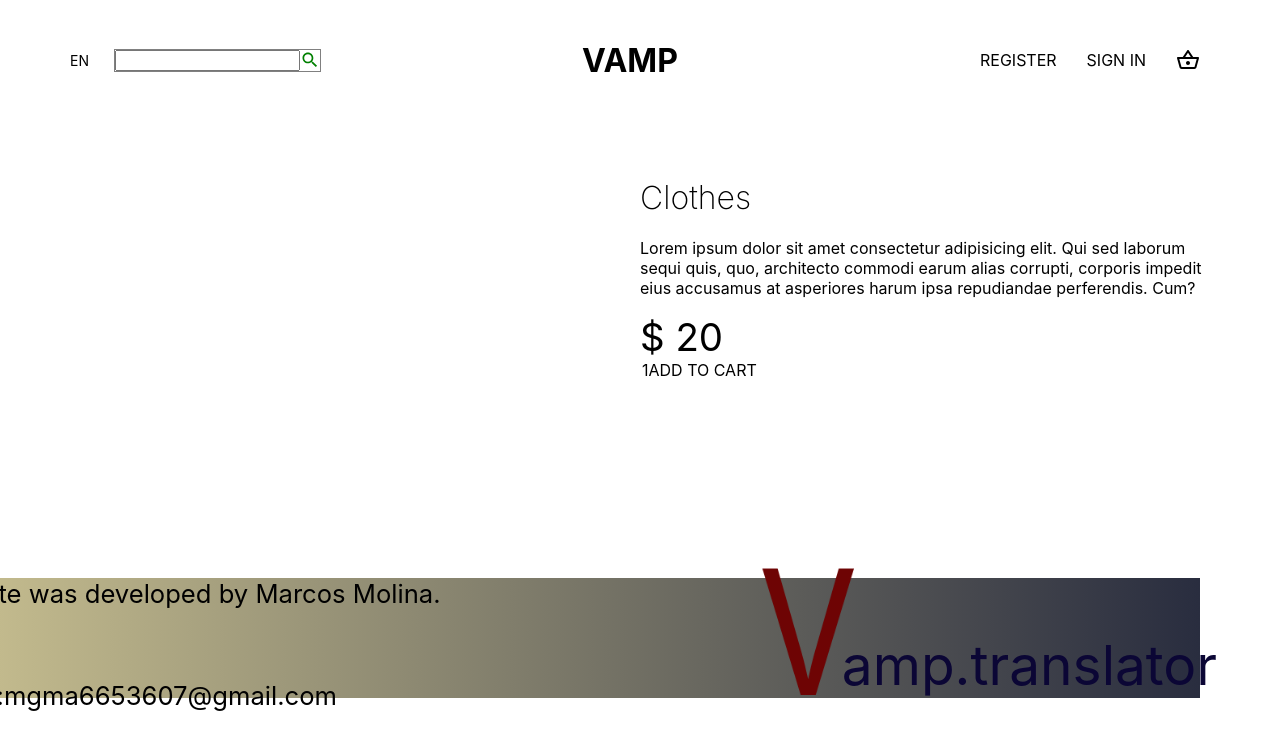
Repository: mgma2005/ecoeli
Page: /
An editor plug-in stored every save of this project. The page is shown before and after the next save, followed by the edit.
The browser window is 1280 px wide. The pictures show the part of the page from y = 173 to 926 px (the page is 926 px tall before and 903 px after).
The project was rebuilt for these pictures with package versions that can differ from the ones it lists, and the page was loaded fresh each time. Also part of the build but not shown: src/App.css.

Above is the page before, as saved 2022-05-14 17:34:31.

### src/App.js

import './App.css';
//import Home from './pages/Home';
import React from 'react';
//import ProductList from './pages/ProductList';
import Product from './pages/Product';


function App() {
  return <Product />
}

export default App;

### src/pages/Product.jsx
import { Add } from "@material-ui/icons";
import { Remove } from "@material-ui/icons";
import styled from "styled-components";
//import Product from '../pages/Product';
import Announcement from "../Components/Announcement";
import Navbar from '../pages/Navbar';
import Footer from '../Components/Footer';




const Container = styled.div`
  padding: 50px;

`;

const Wrapper = styled.div`
  display: flex;
`;

const ImgContainer = styled.div`
  flex: 1;
`;

const Image = styled.div`
  width: 100%;
  height: 90vh;
  object-fit: cover;
`;

const InfoContainer = styled.div`
  flex: 1;
  padding: 0px 50 px;
`;

const Title = styled.h1`
  font-weight: 200;
  margin-top: 20%;
`;

const Desc = styled.p``;

const Price = styled.span`
  font-size: 3vw;
`;

const AddContainer = styled.option`
  display: flex;
  align-items: center;
  width: 50%;
  justify-content: space-between;
`;
const AmountContainer = styled.div`
  display: flex;
  align-items: center;
  font-weight: 700;
`;
const Amount = styled.span``;

const Button = styled.button``;





const Product = ({ item }) => {
  return (
    <Container>
        <Announcement/>
        <Navbar/>
        <Wrapper>
        <ImgContainer>
        <Image src="https://www.tactimex.com/wp-content/uploads/2018/11/Googles1.jpg"/>
        </ImgContainer>
        <InfoContainer>
          <Title>Clothes</Title>
          <Desc>Lorem ipsum dolor sit amet consectetur adipisicing elit. Qui sed laborum sequi quis, quo, architecto commodi earum alias corrupti, corporis impedit eius accusamus at asperiores harum ipsa repudiandae perferendis. Cum? </Desc>
          <Price>$ 20</Price>
          <AddContainer>

            <AmountContainer>
              <Remove/>
              <Amount>1</Amount>
              <Add/>
            </AmountContainer>
            <Button>ADD TO CART</Button>
          </AddContainer>
        </InfoContainer>
      </Wrapper>
      <Footer />
    </Container>
  );
};

export default Product;

### src/Components/Announcement.jsx
import styled from "styled-components";
import React from "react";

const Text = styled.div`
  font-size: 5vw;
  text-align: center;
  background-image: url("https://img.freepik.com/foto-gratis/bandera-argentina-sobre-fondo-blanco_532129-292.jpg?w=900");
  background-size: 20vw;
  background-repeat: no-repeat;
  background-position: center;



`

const P = styled.div`
  font-size: 3vw;
`


const Announcement = () => {
  return (
    <Text>
          Wellcome to Miss Argentina...
        <P>
          the most beautifull footwear ever!
        </P>
    </Text>
  )
}

export default Announcement

### src/pages/Navbar.jsx
import React from 'react';
import styled from 'styled-components';
import { Search, ShoppingBasketOutlined } from "@material-ui/icons";
import { Badge } from '@material-ui/core';



const Container = styled.div`
height: 60px;

`

const Wrapper = styled.div`
padding: 10px 20px;
display: flex;
align-items: center;
justify-content: space-between;

`

const Left = styled.div`
flex: 1;
display: flex;
align-items: center;
`

const Language = styled.span`
    font-size: 14px;
    cursor: pointer;
`

const SearchContainer = styled.div`
    border: 1px solid gray;
    display: flex;
    align-items: center;
    margin-left: 25px;
`

const Input = styled.input`
    border= none;
`
const Logo = styled.h1`
    font-weight: bold;
`


const Center = styled.div`
flex: 1;
text-align: center;
`
const Right = styled.div`
flex: 1;
display: flex;
align-items: center;
justify-content: flex-end;
`

const MenuItem = styled.div`
    font-size= 14px;
    cursor: pointer;
`

function Navbar() {
    return (
        <Container>
            <Wrapper>
            <Left>
               <Language>EN</Language>
               <SearchContainer>
                   <Input/>
                   <Search style={{color:"green", fontSize: 20}}/>
               </SearchContainer>
            </Left>
            <Center><Logo>VAMP</Logo></Center>
            <Right style={{padding: 5, margin: 5}}>
                <MenuItem>REGISTER</MenuItem>
                <MenuItem style={{padding: 30}}>SIGN IN</MenuItem>
                <MenuItem>
                <Badge badgecontent={4} color="primary">
                    <ShoppingBasketOutlined/>
                </Badge>
                </MenuItem>

            </Right>
            </Wrapper>
        </Container>
    );
}

export default Navbar;

### src/Components/Footer.jsx
import React from 'react';
import '../style.css';

  function Footer() {
	return (
		<div className="row">
			<div className="cont2">
				<div className="thissite">This site was developed by Marcos Molina.</div>
				<div className="email">E-mail:mgma6653607@gmail.com</div>
				<div className="col-6">
					<div className="V">V</div>
					<div className="ampi">amp.translator</div>
				</div>
			</div>
		</div>
	);
}

export default Footer;

### src/style.css
.cont2{
    margin: -11%;
    width: 100vw;
    height: auto;
    background: linear-gradient(to right, rgb(204, 195, 146),rgb(41, 45, 63));

}

.thissite{
    font-size: 2vw;
    width: 70vw;

    margin-top: -6%;

}

.email{
    font-size: 2vw;
    align-content: center;
    margin-top: 5.5%;

}

.V{

        color: rgb(110, 4, 4);
        font-family: Courier;
        font-size: 15vw;
        margin-left: 64%;
        margin-top: -13.7%;



        animation-name: vamp;
        animation-timing-function: linear;
        animation-duration: 4s;
        -webkit-transform-origin-x: 5vw;
        animation-iteration-count: infinite;
    }
    @keyframes vamp{
        from{transform: rotateY(0deg);}
        to{transform: rotateY(360deg);}
    }


.ampi{
    font-size: 4.3vw;
    margin-left: 72%;
    margin-top: -9.5%;
    color: rgb(11, 6, 53);



}

Loaded but not shown: public/index.html (common file); src/index.js (common file); src/index.css (common file); src/reportWebVitals.js (common file)

After the next save:
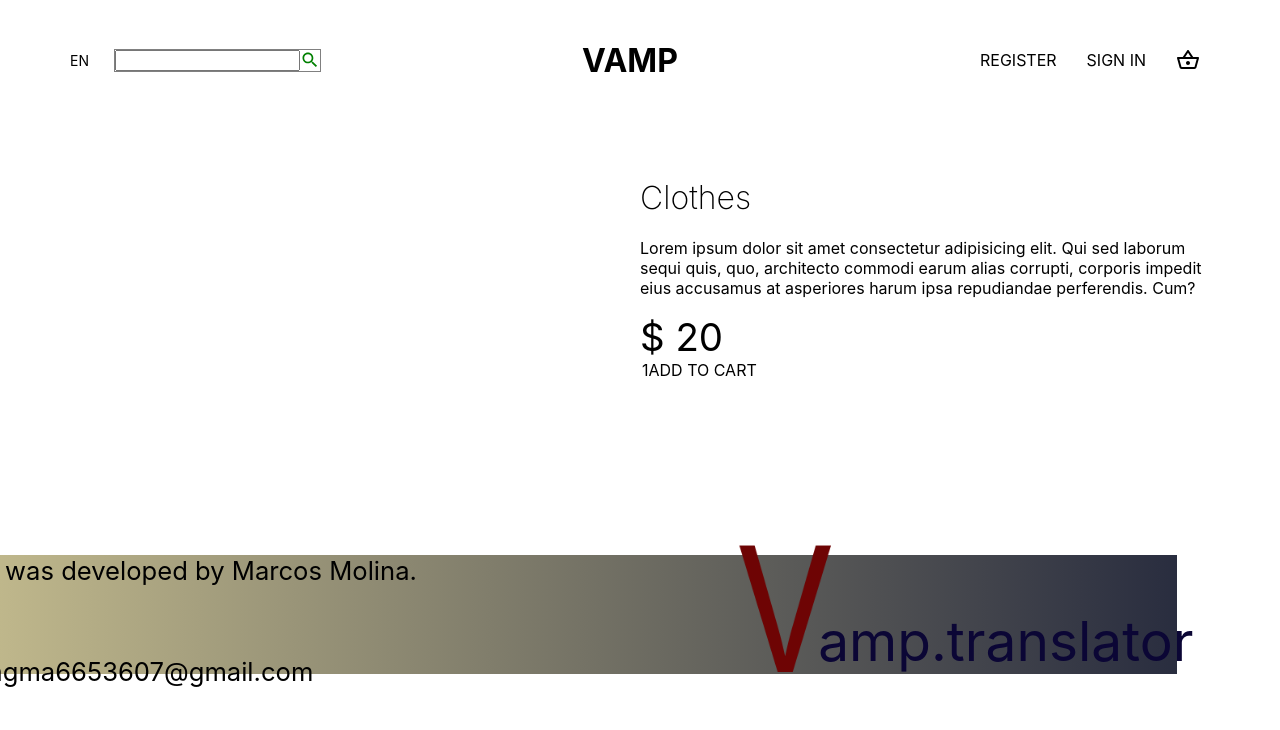
Saved 8 s later.
--- a/src/style.css
+++ b/src/style.css
@@ -1,5 +1,5 @@
 .cont2{
-    margin: -11%;
+    margin: -13%;
     width: 100vw;
     height: auto;
     background: linear-gradient(to right, rgb(204, 195, 146),rgb(41, 45, 63));
